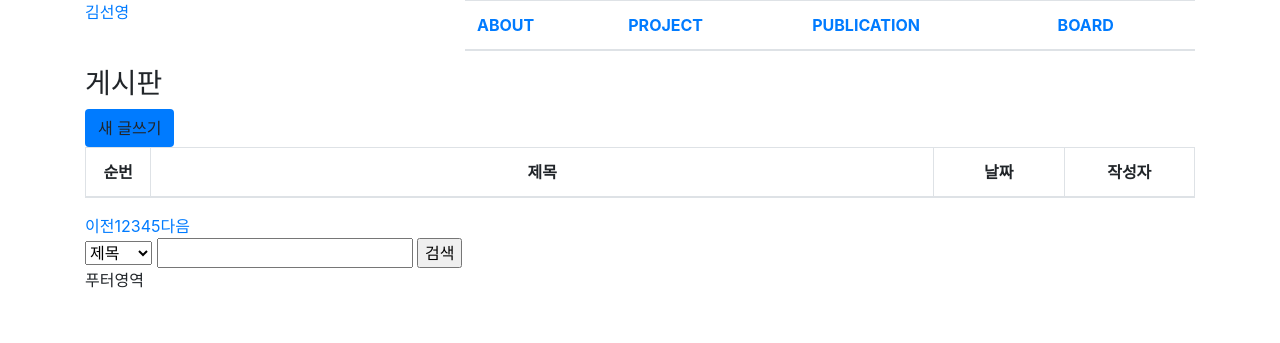
Repository: supremest35/web-projects
Page: http://localhost/noticeboard/board/list.jsp
These files come from the project's save history. The page is drawn as it stood at one moment and after the next save; the edit follows.
The browser window is 1280 px wide. The pictures show the whole page.
The page is served by Tomcat 9. Queries for data that is not in the repository find no rows.

Above is the page before, as saved 2020-12-06 05:53:36.

After the next save:
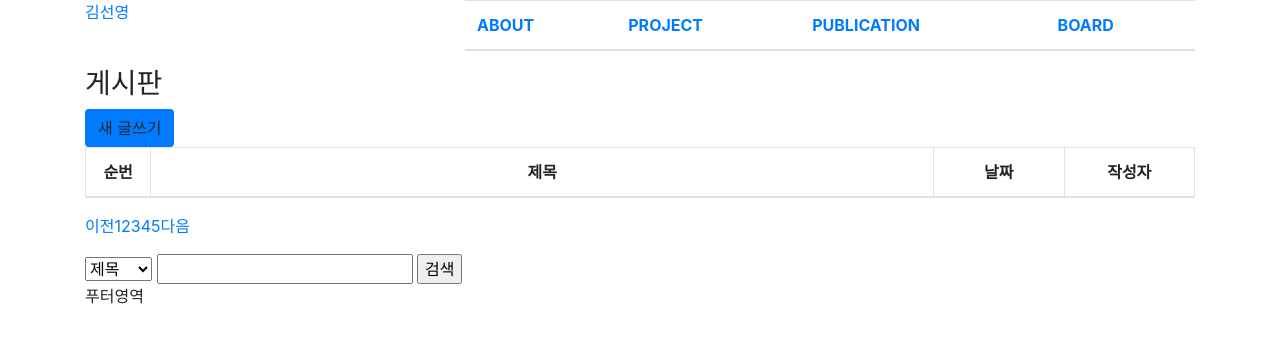
Saved 39 s later.
--- a/noticeboard/WebContent/board/list.jsp
+++ b/noticeboard/WebContent/board/list.jsp
@@ -74,7 +74,7 @@
 			</div>
 		</div>
 		<div class="col-12">
-			<div class="pagination">
+			<ul class="pagination">
 				<a href="" class="page-item">이전</a>
 				<a href="" class="page-item">1</a>
 				<a href="" class="page-item">2</a>
@@ -82,7 +82,7 @@
 				<a href="" class="pagE-item">4</a>
 				<a href="" class="pagE-item">5</a>
 				<a href="" class="pagE-item">다음</a>
-			</div>
+			</ul>
 		</div>
 		<div class="col-12">
 			<form action="search.jsp">
